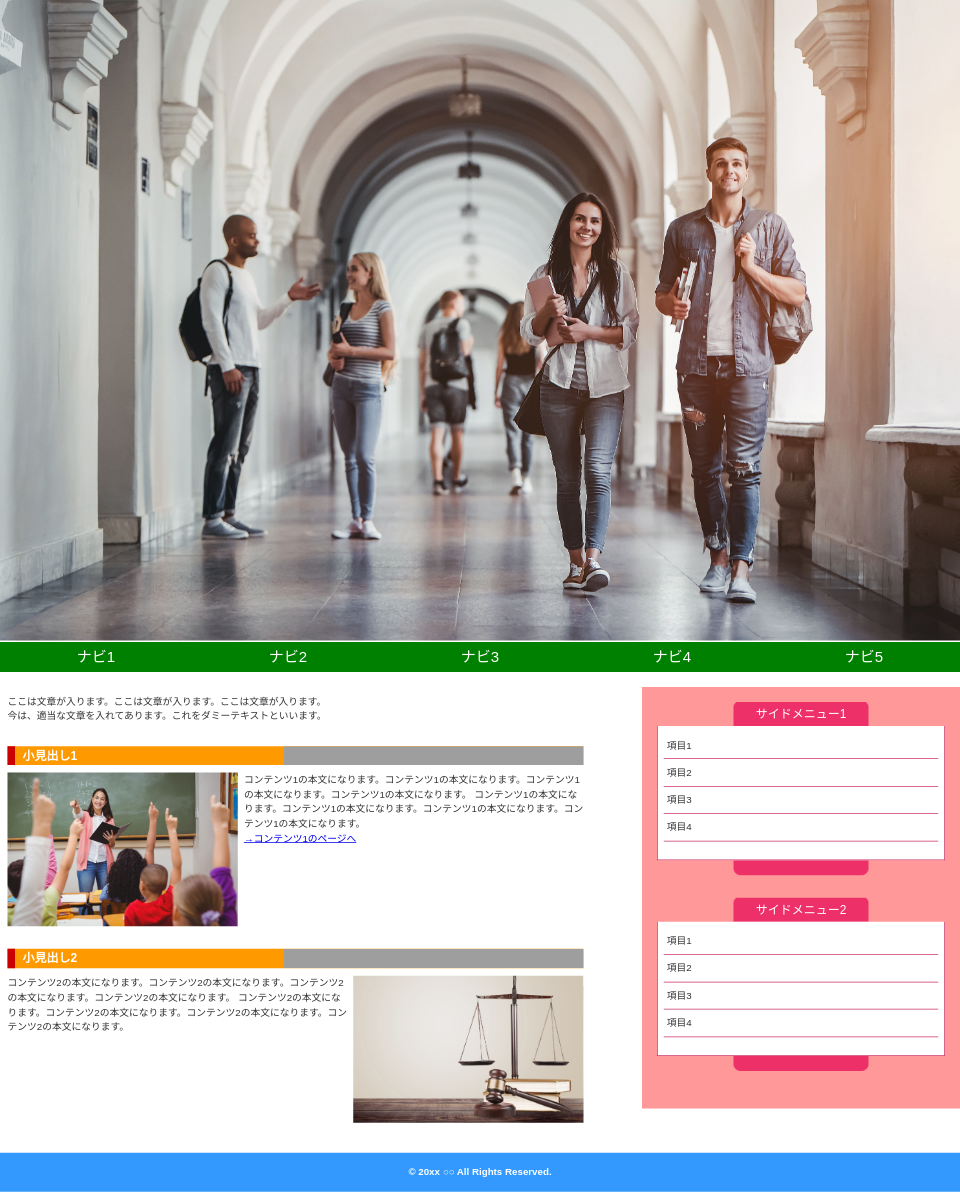
Repository: creepybox/samurai_HTML-CSS
Page: test/home.html
The author's editor kept a record of every edit. The page is drawn from the files as they stood at one moment, then again after the next edit.
The browser window is 1280 px wide. The pictures show the whole page, at 75% of full size.
Pictures or frames that could not be fetched are drawn as grey boxes.

Above is the page before.

After the next edit:
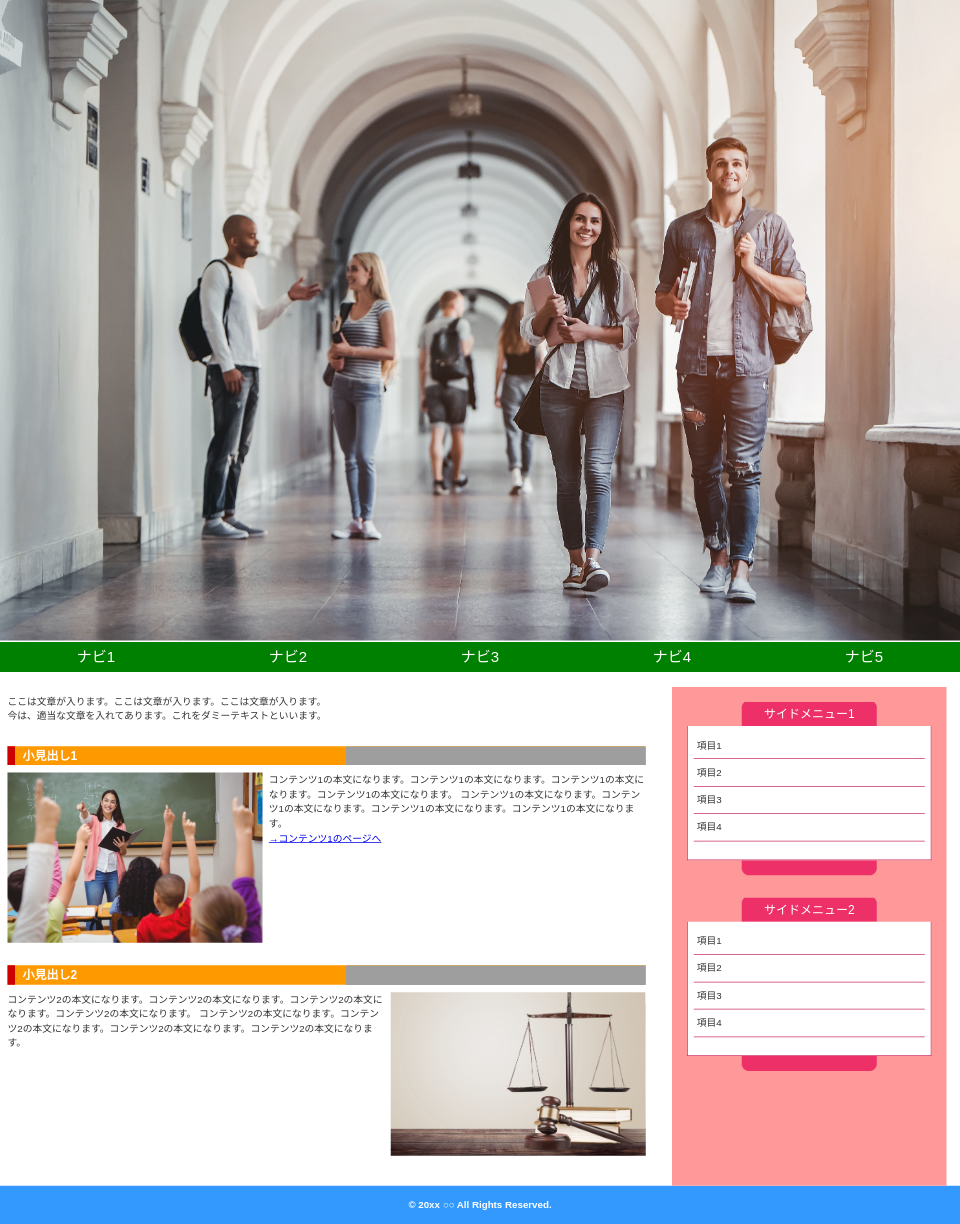
The edit:
--- a/test/stylesheet.css
+++ b/test/stylesheet.css
@@ -11,12 +11,12 @@
 
 /* -------------------- wrapper -------------------- */
 #wrapper {
-    width: 100%;
-    margin: auto;
-    padding: 0px;
-    border: 0px;
-    background-color: #FFF;
-    top: 10px;
+	width: 100%;
+	margin: auto;
+	padding: 0px;
+	border: 0px;
+	background-color: #FFF;
+	top: 10px;
 }
 
 /* -------------------- header -------------------- */
@@ -49,7 +49,7 @@
 	width: 100%;
 }
 #nav ul {
-    display: flex;
+	display: flex;
 	margin: 0;
 	padding: 0;
 	list-style-type: none;
@@ -80,11 +80,12 @@
 	padding: auto;
 	padding-top: 20px;
 	clear: both;
+	display: grid;
+	grid-template-columns: 70% 30%;
 }
 /* -------------------- main -------------------- */
 #main {
-	float: left;
-	width: 60%;
+	width: 95%;
 	padding: 10px 30px 10px 10px;
 }
 #main h2 {
@@ -123,7 +124,7 @@
 
 /* -------------------- clearfix -------------------- */
 .clearfix {
-    zoom: 1;
+	zoom: 1;
 }
 .clearfix:after{
 	content: "";
@@ -133,8 +134,7 @@
 
 /* -------------------- side -------------------- */
 #side {
-	float: right;
-	width: 30%;
+	width: 85%;
 	padding: 20px;
 	background-color: #F99;
 }
